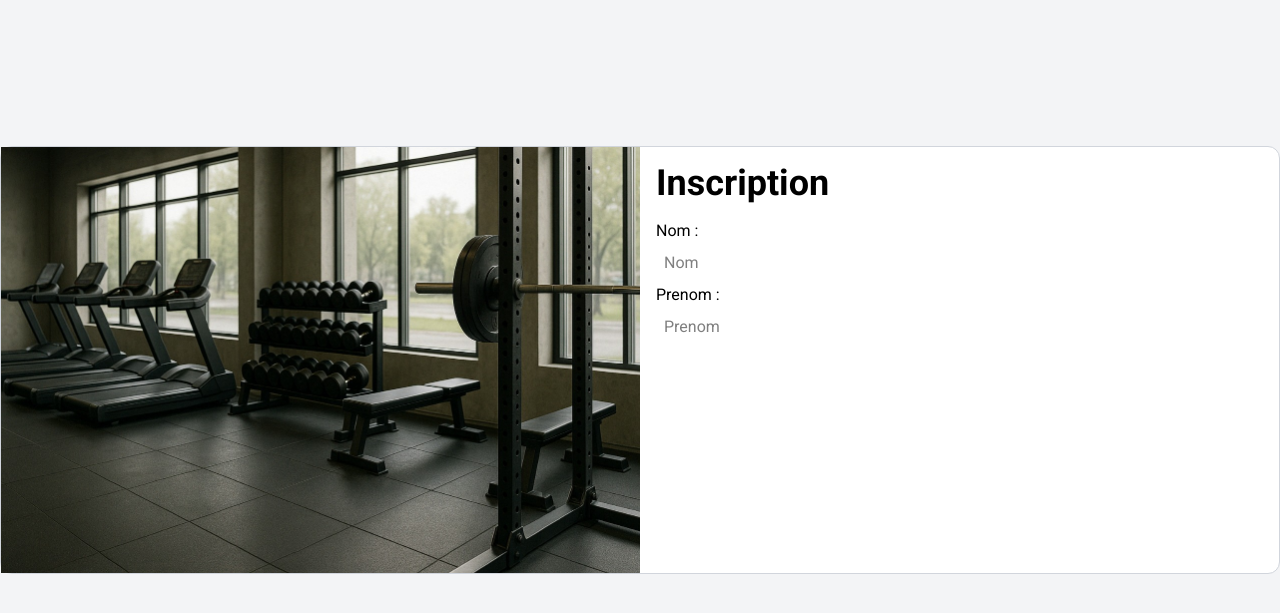
Repository: fahchouchsm/clubSportifWeb
Page: src/pages/inscription.html
These files come from the project's save history. The page is drawn as it stood at one moment and after the next save; the edit follows.
The browser window is 1280 px wide. The pictures show the whole page.

Above is the page before, as saved 2025-04-16 19:00:53.

After the next save:
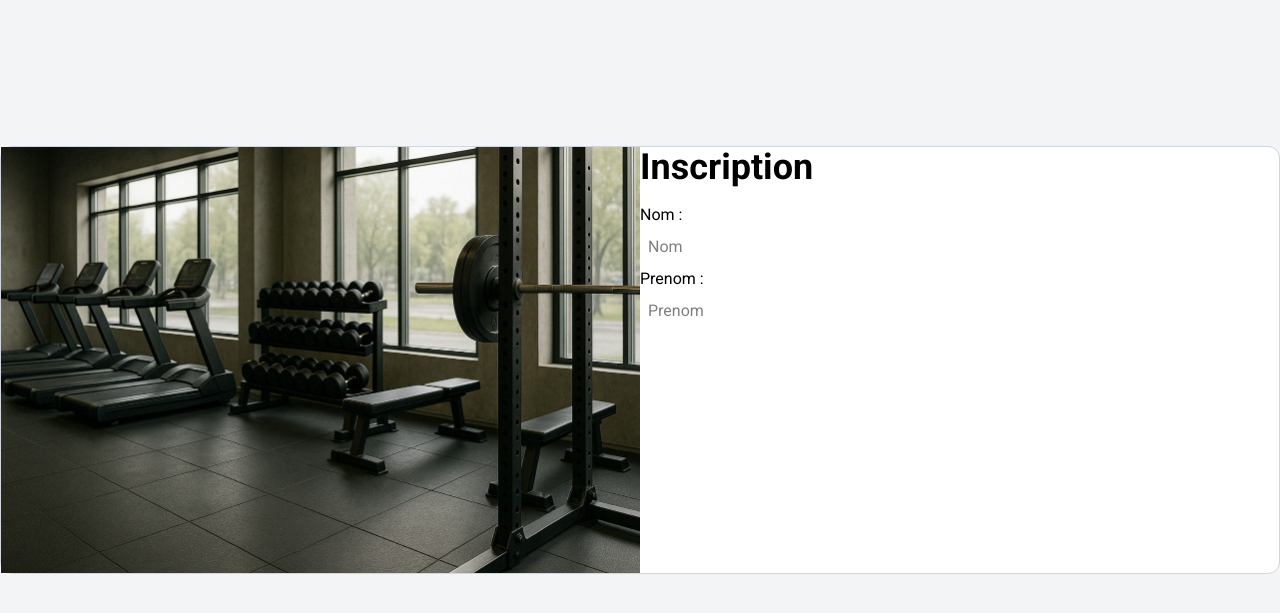
Saved 18 s later.
--- a/src/pages/inscription.html
+++ b/src/pages/inscription.html
@@ -20,7 +20,7 @@
           class="h-full w-1/2 rounded-s-lg object-cover"
           alt=""
         />
-        <form action="" method="post" class="flex w-1/2 flex-col gap-4 p-4">
+        <form action="" method="post" class="flex w-1/2 flex-col gap-4 p-6">
           <h1 class="text-4xl font-bold">Inscription</h1>
           <!-- inputs -->
           <div class="grid w-full grid-cols-2 gap-1">
